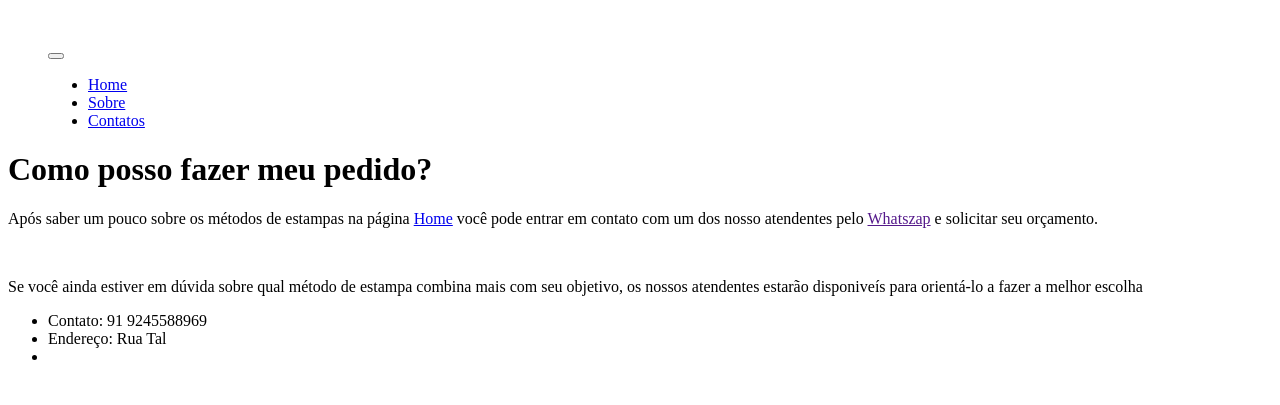
Repository: Leonngc/way-factory
Page: order.html
An editor plug-in stored every save of this project. The page is shown before and after a run of saves, followed by the edit.
The browser window is 1280 px wide. The pictures show the whole page.
Some icons come from a web library that is not loaded, so they are not drawn.

Above is the page before, as saved 2023-02-10 11:29:21.

After the next 4 saves:
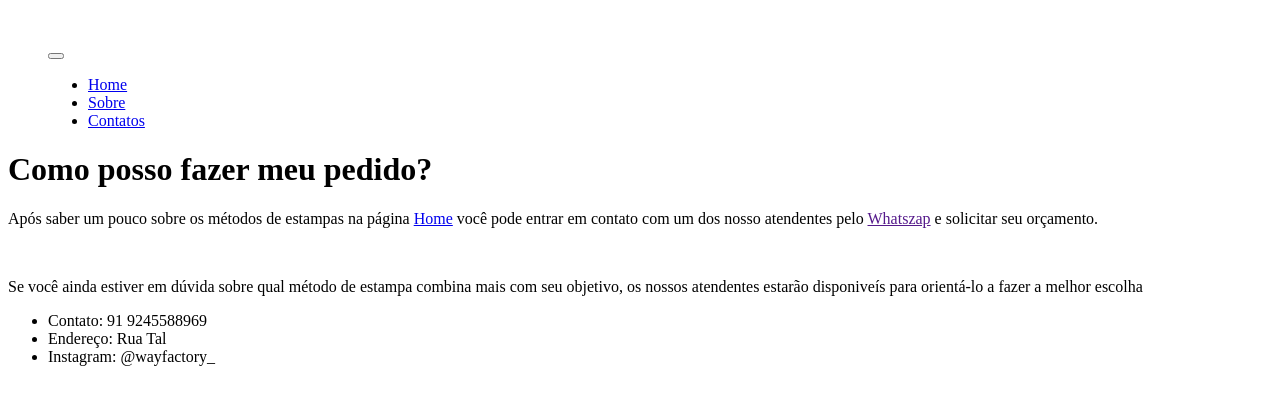
The 4 saves are shown as one change because they came seconds apart.
The last was saved 2 min 59 s later.
--- a/order.html
+++ b/order.html
@@ -44,7 +44,7 @@
         <ul>
             <li>Contato: 91 9245588969</li>
             <li>Endereço: Rua Tal</li>
-            <li></li>
+            <li>Instagram: @wayfactory_</li>
         </ul>
     </footer>
 </body>
